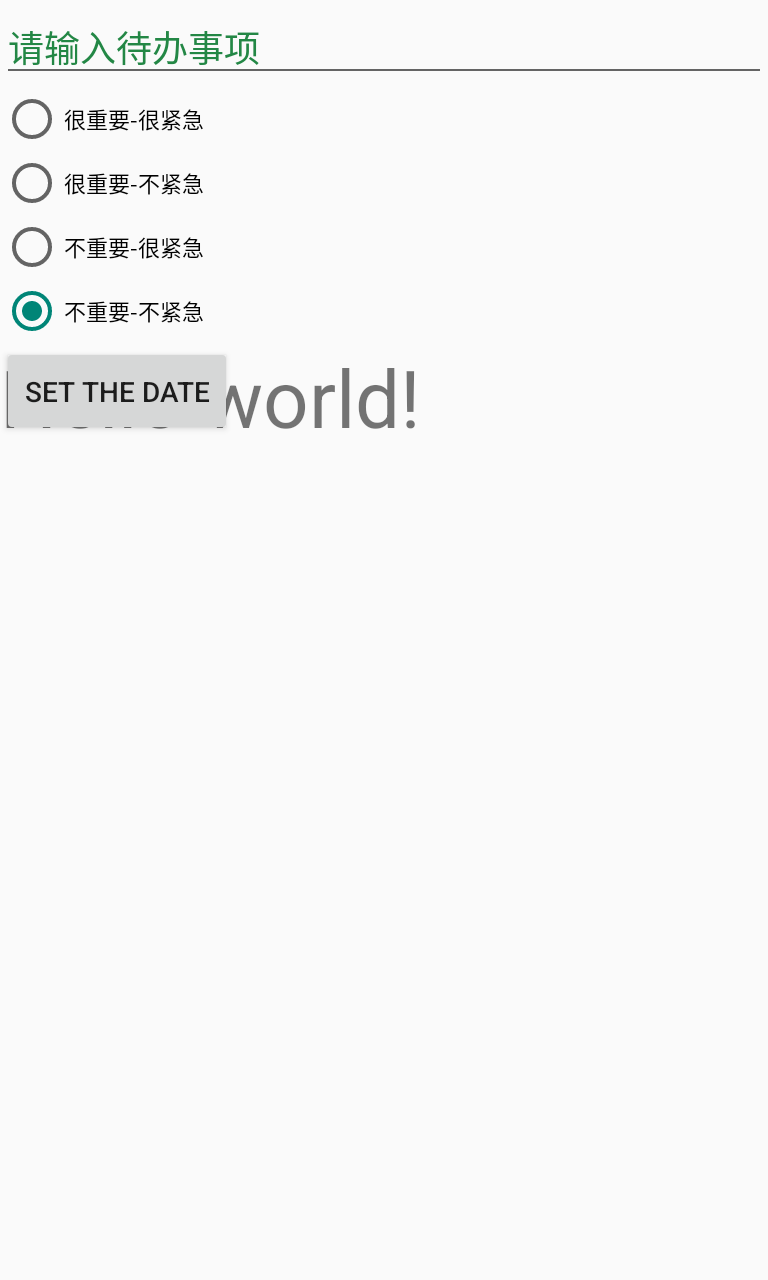
Repository: sh-zh-en/NBTodo
Layout: nbtodo/NBTodo/res/layout/addition_task_layout.xml
An editor plug-in stored every save of this project. The layout is shown before and after the next save, followed by the edit.
It is drawn on a 768 x 1280 px phone screen (xhdpi) without system bars, with theme AppTheme; the app's code is not run.

Above is the layout before, as saved 2015-02-12 16:54:21.

After the next save:
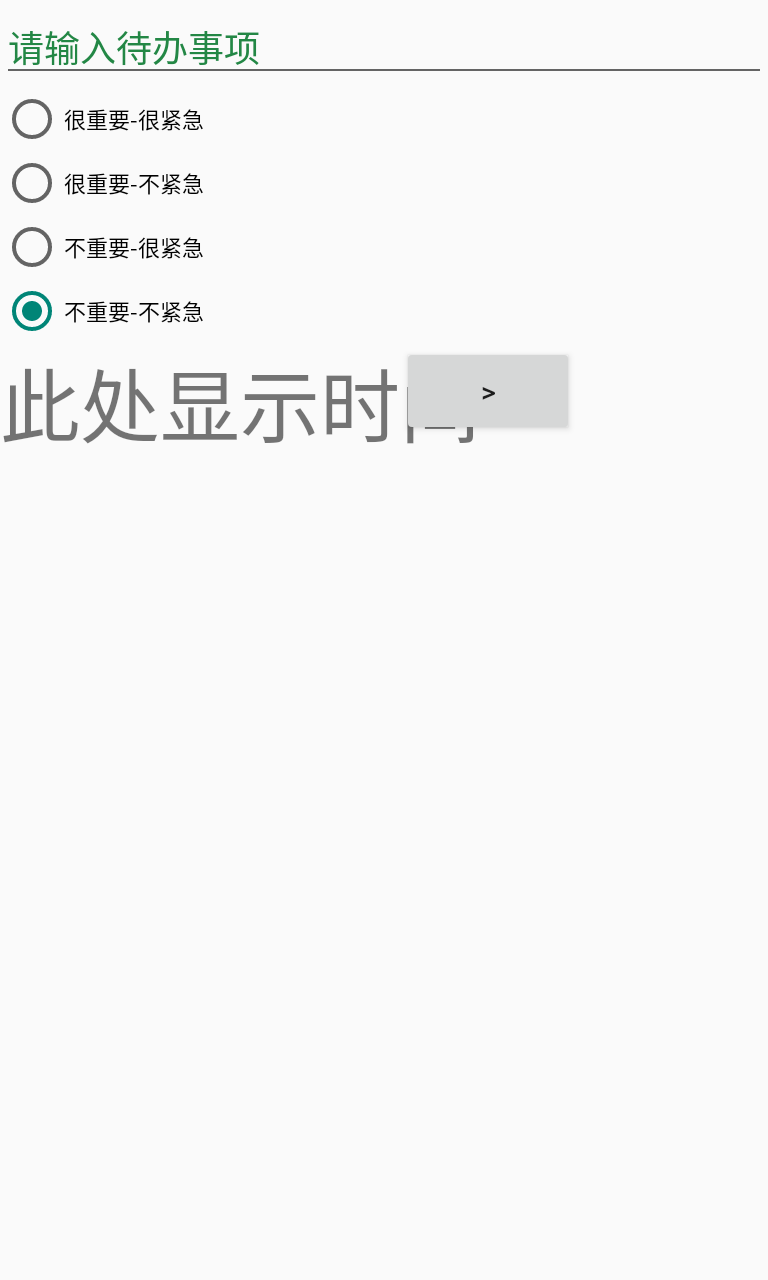
Saved 38 min 41 s later.
--- a/nbtodo/NBTodo/res/layout/addition_task_layout.xml
+++ b/nbtodo/NBTodo/res/layout/addition_task_layout.xml
@@ -75,9 +75,8 @@
 		    android:id="@+id/dateAndTime"
 		    android:layout_width="fill_parent"
 		    android:layout_height="wrap_content"
-		    android:layout_weight="1"
 		    android:lines="1"
-		    android:text="@string/hello_world"
+		    android:text="@string/show_time"
 		    android:textSize="40sp"
 		     />
 
@@ -85,10 +84,10 @@
 		    android:id="@+id/setDate"
 		    android:layout_width="wrap_content"
 		    android:layout_height="wrap_content"
-		    android:layout_marginRight="100dp"
-		    android:layout_marginRight="true"
+		    android:layout_marginLeft="200dp"
 		    android:layout_weight="1"
-		    android:text="Set the Date" />
+		    android:text=">"
+		    />
 
 	    </FrameLayout>
 
